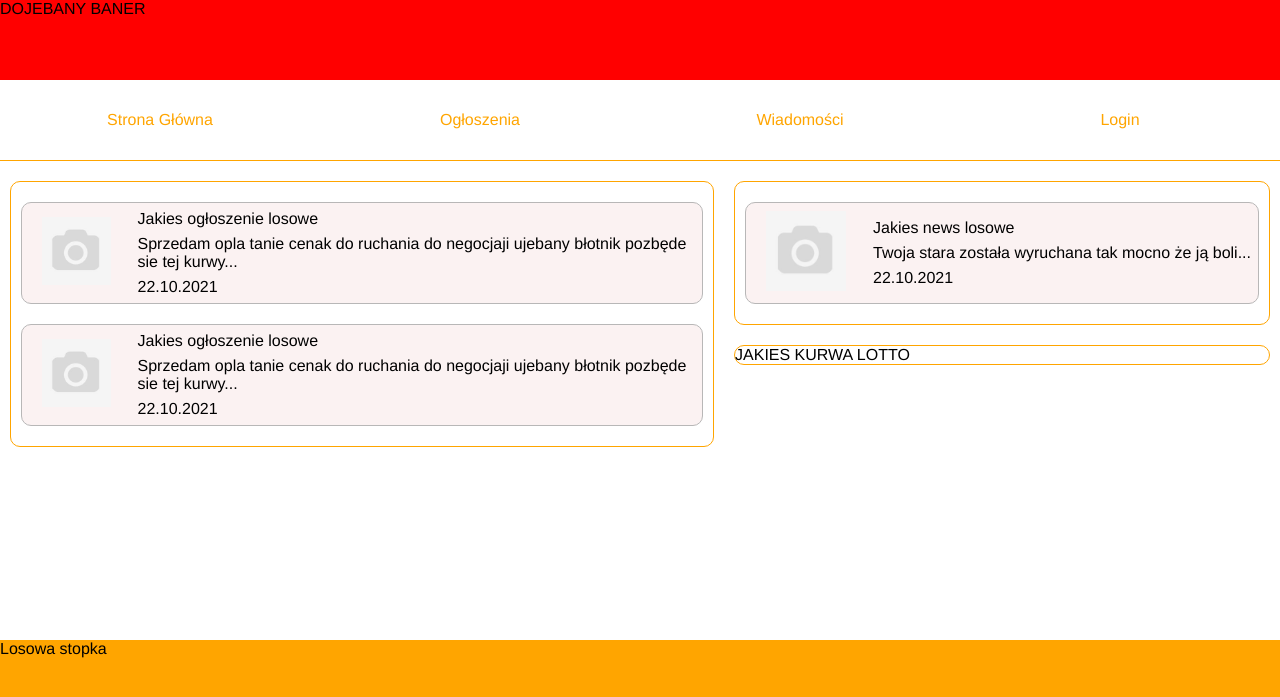
Repository: PatrykStawik/projectppz
Page: /
An editor plug-in stored every save of this project. The page is shown before and after the next save, followed by the edit.
The browser window is 1280 px wide. The pictures show the whole page.
The project was rebuilt for these pictures with package versions that can differ from the ones it lists, and the page was loaded fresh each time. The framework's server and built-in components were replaced by stand-ins that run in the browser.

Above is the page before, as saved 2021-05-22 14:15:52.

After the next save:
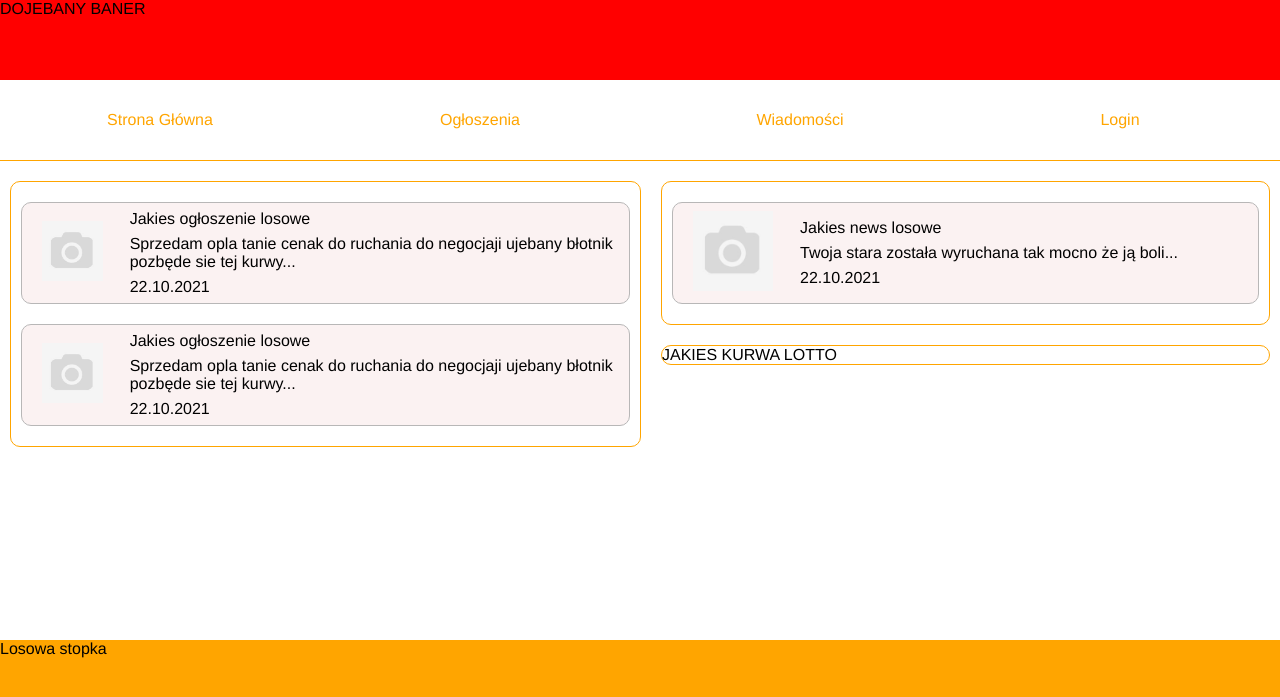
Saved 13 s later.
--- a/components/IndexPage/IndexPage.tsx
+++ b/components/IndexPage/IndexPage.tsx
@@ -13,6 +13,9 @@ const Wrapper = styled.div`
     border: 1px solid ${colors.orange};
     border-radius: 10px;
     margin: 20px 10px;
+  }
+  .c{
+    flex: 1;
   }
 `;
 
